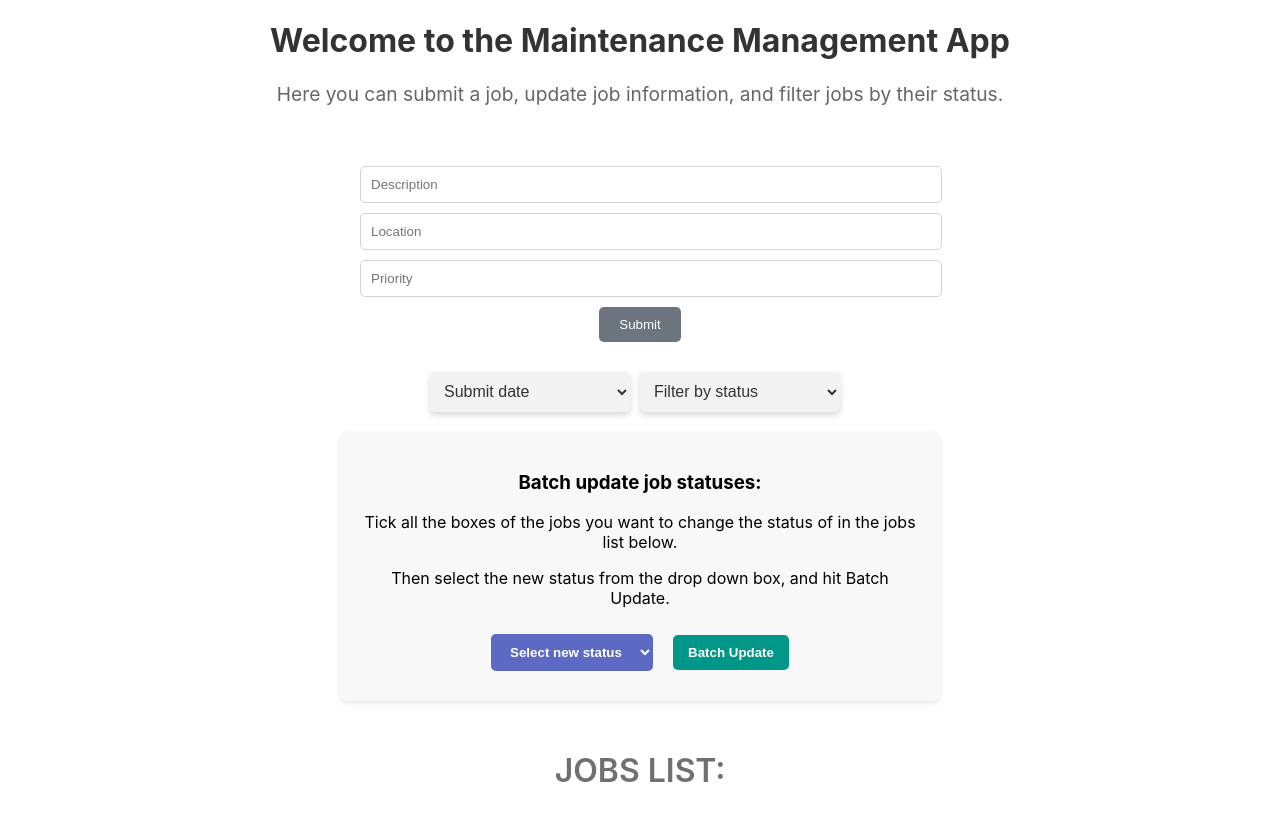
Repository: mikasteyn999/Maintenance-Manager-App
Page: / (app in frontend/)
An editor plug-in stored every save of this project. The page is shown before and after the next save, followed by the edit.
The browser window is 1280 px wide. The pictures show the whole page.
The page's requests for data from a server got no answer. The project was rebuilt for these pictures with package versions that can differ from the ones it lists, and the page was loaded fresh each time. No one was signed in, and anything a server would have sent is missing. Also part of the build but not shown: frontend/src/style/Job.css, frontend/src/components/Job.js, frontend/src/style/JobUpdateForm.css, frontend/src/components/JobUpdateForm.js.

Above is the page before, as saved 2023-06-05 17:39:19.

### frontend/src/App.js
// Import necessary libraries and components
import React from 'react';
import Router from './Router';
import './style/App.css'

// Define the App component
// This component uses the Router component to handle routing
const App = () => {
  return (
    <div className="app">
      <h1 className="app-title">Welcome to the Maintenance Management App</h1> {/* Welcome title */}
      <p className="app-instructions">Here you can submit a job, update job information, and filter jobs by their status.</p> {/* Instructions */}
      <Router /> {/* Use Router component for handling routes */}
    </div>
  );
}

// Export the App component
export default App;

### frontend/src/Router.js
// Import necessary libraries and components
import React from 'react';
import { BrowserRouter as Router, Route, Routes } from 'react-router-dom';
import Home from './components/Home';
import JobForm from './components/JobForm';
import JobsList from './components/JobsList';
import JobUpdateForm from './components/JobUpdateForm'

// Define the Router component
// This component defines the routes for the React app
// The Home component (which contains both the JobForm and JobsList components) is displayed when the path is exactly "/"
// The JobForm component is displayed when the path is "/submit"
// The JobsList component is displayed when the path is "/jobs"
const AppRouter = () => {
    return (
        <Router>
            <Routes>
                <Route path="/" element={<Home />} /> {/* Home route */}
                <Route path="/submit" element={<JobForm />} /> {/* Job submission route */}
                <Route path="/jobs" element={<JobsList />} /> {/* Jobs listing route */}
                <Route path="/edit/:id" element={<JobUpdateForm />} />
            </Routes>
        </Router>
    );
};

// Export the Router component
export default AppRouter;

### frontend/src/style/App.css
/* App.css */

.app {
  text-align: center;
}

.app-title {
  font-size: 2em;
  color: #333;
  text-align: center;
}

.app-instructions {
  font-size: 1.2em;
  color: #666;
  margin-bottom: 20px;
  text-align: center;
}

/* style the form container */
.app .job-form {
  max-width: 600px;  /* limit the width */
  margin: 0 auto;   /* center the form */
  padding: 20px;    /* add some padding */
}

/* style the jobs list container */
.app .jobs-list {
  max-width: 600px;  /* limit the width */
  margin: 0 auto;   /* center the jobs list */
  padding: 20px;    /* add some padding */
}

.app .jobs-list .batch-update {
  max-width: 800px;
}

### frontend/src/components/Home.js
// Import necessary components
import React from 'react';
import JobsList from './JobsList';

// Define the Home component
// This component contains the job submission form and job listings
const Home = () => {
  return (
    <div className="home">
      <JobsList /> {/* Job listings */}
    </div>
  );
}

// Export the Home component
export default Home;

### frontend/src/components/JobForm.js
// Import React
import React, { useState } from 'react';
import '../style/JobForm.css'; // Import the CSS

// Define the JobForm component. This component will contain a form that allows users to submit a new job.
// The component has a local state, job, which is updated every time the user types in one of the form inputs.
// The handleChange function updates the job state.
// The handleSubmit function makes a POST request to the /jobs route to submit the new job.
const JobForm = (props) => {
  const [job, setJob] = useState({ description: '', location: '', priority: '' });

  // Adding new state variable for error message.
  const [error, setError] = useState('');

  const handleChange = (e) => {
    setJob({ ...job, [e.target.name]: e.target.value });
  };

  const handleSubmit = async (e) => {
    e.preventDefault();

    // Adding form validation. Check that all fields are filled and priority is a number.
    if (!job.description || !job.location || !job.priority) {
      setError('Please fill in all fields'); // Set error message
      return; // Stop the function
    }
    if (isNaN(job.priority)) {
      setError('Priority must be a number'); // Set error message
      return; // Stop the function
    }

    try {
      const response = await fetch('http://localhost:5000/api/jobs', {
        method: 'POST',
        headers: {
          'Content-Type': 'application/json',
        },
        body: JSON.stringify(job),
      });
      if (!response.ok) {
        throw new Error(`HTTP error! status: ${response.status}`);
      }
      const newJob = await response.json();
      console.log("New Job:", newJob);  // log new job
      props.addNewJob(newJob); // add the new job to the jobs list
      setError(''); // Clear the error message if the job was successfully added
    } catch (err) {
      setError('An error occurred when submitting the job'); // Set error message
    }
  };

  // In the return statement, a new paragraph is added to display any error messages
  return (
    <form className="job-form" onSubmit={handleSubmit}>
      {error && <p className="error">{error}</p>} {/* Display error message if there is one */}
      <input type="text" name="description" value={job.description} onChange={handleChange} placeholder="Description" />
      <input type="text" name="location" value={job.location} onChange={handleChange} placeholder="Location" />
      <input type="text" name="priority" value={job.priority} onChange={handleChange} placeholder="Priority" />
      <button type="submit">Submit</button>
    </form>
  );
};

export default JobForm;

### frontend/src/components/JobsList.js
// Import necessary modules
import React, { useEffect, useState } from 'react';
import Job from './Job';
import JobForm from './JobForm';
import '../style/JobsList.css';

// Define the JobsList component
const JobsList = () => {
  // Initialize state variables
  const [jobs, setJobs] = useState([]);
  const [sortOrder, setSortOrder] = useState("date"); // Default sort order is by date
  const [selectedJobs, setSelectedJobs] = useState([]);
  const [filterStatus, setFilterStatus] = useState("");
  const [jobAdded, setJobAdded] = useState(false);
  const [errorMessage, setErrorMessage] = useState(''); // Add state for error message
  const [batchUpdateMessage, setBatchUpdateMessage] = useState(''); // State for batch success message



   // Fetch jobs function
   const fetchJobs = async () => {
    let url = `http://localhost:5000/api/jobs?sort=${sortOrder}`;
    if (filterStatus) url += `&status=${filterStatus}`; // Add status query parameter if a status filter is selected
    const response = await fetch(url);
    const data = await response.json();
    setJobs(data.filter(job => job.status !== 'Archived')); // Filter out archived jobs
  };

  // Fetch jobs when the component is first rendered and when sortOrder or filterStatus changes
  useEffect(() => {
    fetchJobs();
  }, [sortOrder, filterStatus]);

  // Hide job added message after 2 seconds when a job is added
  useEffect(() => {
    if (jobAdded) {
      setTimeout(() => {
        setJobAdded(false);
      }, 2000); // 2000ms = 2s
    }
  }, [jobAdded]);

  // Update sort order
  const handleSortChange = (event) => {
    setSortOrder(event.target.value);
  };

    // Batch update function
    const handleBatchUpdate = async () => {
      const status = document.getElementById('batchStatusUpdate').value;
      if (!status) {
        console.error('No status selected for batch update');
        setErrorMessage('Please select a status for batch update');
        return;
      }
      if (selectedJobs.length === 0) {
        console.error('No jobs selected for batch update');
        setErrorMessage('Please select at least one job for batch update');
        return;
      }
      try {
        const response = await fetch('http://localhost:5000/api/jobs/batch', {
            method: 'PUT',
            headers: {
                'Content-Type': 'application/json',
            },
            body: JSON.stringify({ jobIds: selectedJobs, status }),
        });

        if (response.ok) {
          console.log('Batch update successful');
          setBatchUpdateMessage('Batch update successful!');
          setTimeout(() => setBatchUpdateMessage(''), 3000); // Clear message after 3 seconds
          setSelectedJobs([]); // Clear selected jobs after successful update
          setErrorMessage(''); // Clear the error message after successful update
          // fetch the jobs again
          fetchJobs();
        } else {
          console.error('Failed to batch update jobs');
          setErrorMessage('Failed to batch update jobs');
          setTimeout(() => setBatchUpdateMessage(''), 3000); // Clear message after 3 seconds
        }
      } catch (error) {
        console.error(`An error occurred: ${error}`);
      }
    };

    // Function to handle archive
    const handleArchive = async (jobId) => {
      try {
        const response = await fetch(`http://localhost:5000/api/jobs/archive/${jobId}`, {
          method: 'PUT',
        });

        if (!response.ok) {
          console.error('Failed to archive job');
        } else {
          setJobs(jobs.filter(job => job._id !== jobId)); // Remove the archived job from the local state
        }
      } catch (error) {
        console.error(`An error occurred: ${error}`);
      }
    };

    // Pass handleArchive as a prop to the Job component
    {jobs.map((job) => (
      <Job key={job._id} job={job} handleArchive={handleArchive} selectedJobs={selectedJobs} setSelectedJobs={setSelectedJobs} />
    ))}

    const addNewJob = (newJob) => {
      console.log("addNewJob called with:", newJob);  // log input to addNewJob
      setJobs([newJob, ...jobs]);
      setJobAdded(true); // Display job added message
    };


    return (
      <div className='jobs-list'>

        {/* Display job added message */}
        {jobAdded && <p className='success-message'>Job added successfully!</p>}

        {/* Add JobForm here */}
        <JobForm addNewJob={addNewJob} />

        {/* Add sort order dropdown */}
        <select className='select-sort' value={sortOrder} onChange={handleSortChange}>
          <option value="">Sort by</option>
          <option value="date">Submit date</option>
          <option value="status">Status</option>
        </select>

        {/* Add status filter dropdown */}
        <select className='select-filter' value={filterStatus} onChange={(e) => setFilterStatus(e.target.value)}>
          <option value="">Filter by status</option>
          <option value="Submitted">Submitted</option>
          <option value="In Progress">In Progress</option>
          <option value="Completed">Completed</option>
        </select>

        {/* Batch update */}
        <div className='batch-update'>
          <h3>Batch update job statuses:</h3>
          <p>Tick all the boxes of the jobs you want to change the status of in the jobs list below.</p>
          <p>Then select the new status from the drop down box, and hit Batch Update.</p>
          <select id="batchStatusUpdate" name="batchStatusUpdate">
            <option value="">Select new status</option>
            <option value="Submitted">Submitted</option>
            <option value="In Progress">In Progress</option>
            <option value="Completed">Completed</option>
          </select>
          <button onClick={handleBatchUpdate}>Batch Update</button>
        </div>

        {/* Display success message */}
        {batchUpdateMessage && <p className="success-message">{batchUpdateMessage}</p>}

        {/* Display error message if there is one */}
        {errorMessage && <p className="error-message">{errorMessage}</p>}

        <div className='jobs-header'>JOBS LIST:</div>

        {/* List the jobs */}
        {jobs.map((job) => (
          <Job key={job._id} job={job} handleArchive={handleArchive} selectedJobs={selectedJobs} setSelectedJobs={setSelectedJobs} />
        ))}
      </div>
    );
};

export default JobsList;

### frontend/src/style/JobForm.css
.job-form {
    margin-bottom: 20px;
}

.job-form input {
    display: block;
    width: 100%;
    padding: 10px;
    margin-bottom: 10px;
    border: 1px solid #ced4da;
    border-radius: 5px;
}

.job-form button {
    padding: 10px 20px;
    border: none;
    border-radius: 5px;
    background-color: #6c757d;
    color: #fff;
    cursor: pointer;
}

### frontend/src/style/JobsList.css
.jobs-list {
    max-width: 600px;
    margin: 0 auto;
    padding: 20px;
}

.jobs-header {
    font-size: xx-large;
    padding: 5%;
    font-weight: 600;
    color: rgb(112, 112, 112);
}

/* Style the select element */
.select-sort {
    width: 200px;
    height: 40px;
    border: none;
    border-radius: 5px;
    padding: 5px 10px;
    margin-bottom: 20px;
    box-shadow: 0 3px 6px 0 rgba(0,0,0,0.16);
    font-size: 16px;
    color: #333;
    background-color: #f2f2f2;
    transition: background-color 0.3s ease;
}

/* Style the options inside the select element */
.select-sort option {
    color: #333;
    background-color: #f2f2f2;
}

/* Change the background color of the select when it's focused */
.select-sort:focus {
    background-color: #e6e6e6;
}

.batch-update {
    max-width: 800px;
    align-items: center;
    justify-content: space-between;
    padding: 20px;
    margin-bottom: 20px;
    background-color: #f8f8f8;
    border-radius: 5px;
    box-shadow: 0 2px 5px rgba(0,0,0,0.1);
}

.batch-update select,
.batch-update button {
    padding: 10px 15px;
    border: none;
    border-radius: 5px;
    background-color: #5c6ac4;
    color: white;
    font-weight: bold;
    cursor: pointer;
    margin: 10px;
}


.batch-update button {
    background-color: #009688;
}

.batch-update button:hover {
    background-color: #00796b;
}

/* Style the select element */
.select-filter {
    width: 200px;
    height: 40px;
    border: none;
    border-radius: 5px;
    padding: 5px 10px;
    margin-bottom: 20px;
    box-shadow: 0 3px 6px 0 rgba(0,0,0,0.16);
    font-size: 16px;
    color: #333;
    background-color: #f2f2f2;
    transition: background-color 0.3s ease;
    margin: 10px;
}

/* Style the options inside the select element */
.select-filter option {
    color: #333;
    background-color: #f2f2f2;
}

.error-message {
    color: red;
    font-weight: bold;
}

.success-message {
    color:rgb(6, 204, 6);
    font-weight: bold;
}

Loaded but not shown: frontend/public/index.html (common file); frontend/src/index.js (common file); frontend/src/index.css (common file); frontend/src/reportWebVitals.js (common file)

After the next save:
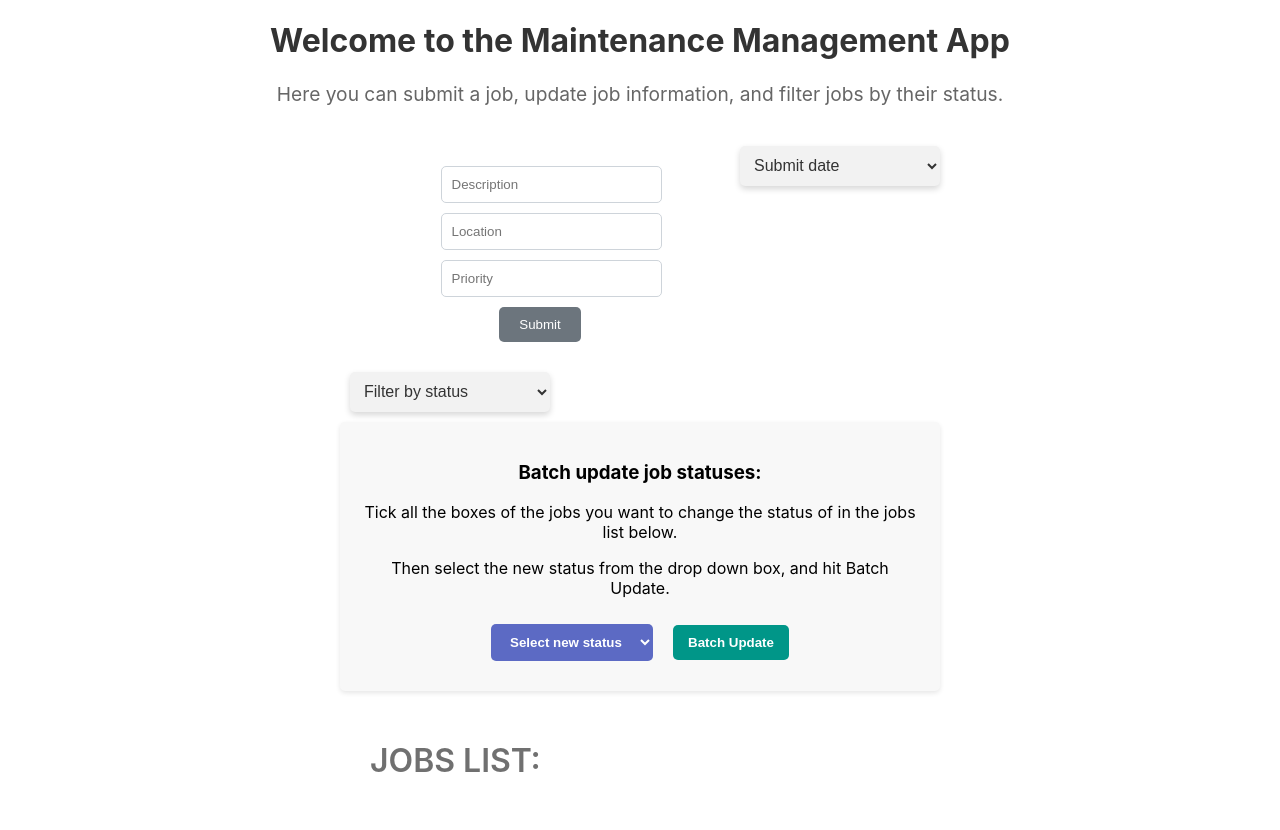
Saved 104 s later.
--- a/frontend/src/style/JobsList.css
+++ b/frontend/src/style/JobsList.css
@@ -1,7 +1,7 @@
 .jobs-list {
-    max-width: 600px;
-    margin: 0 auto;
-    padding: 20px;
+    display: flex;
+    flex-wrap: wrap;
+    justify-content: space-between;
 }
 
 .jobs-header {
